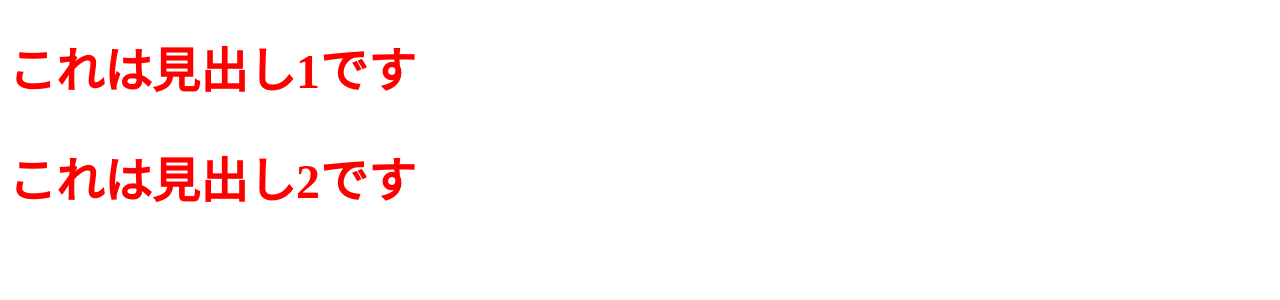
Repository: KustomApe/BlackRabbitTV
Page: 001_HTML/index.html
The author's editor kept a copy of each file at every save. The page is drawn from the files as they stood at one save, then again after the next save.
The browser window is 1280 px wide. The pictures show the whole page.

Above is the page before, as saved 2023-11-13 12:09:30.

### 001_HTML/index.html
<!DOCTYPE html>
<!-- Docutment TypeはHTMLです -->
<html lang="ja">
<!-- このHTMLファイルで主に使う言語はJapaneseです -->
<head><!-- 開始タグ -->
    <!-- インデント -->
    <meta charset="UTF-8">
    <meta name="viewport" content="width=device-width, initial-scale=1.0">
    <title>BlackRabbitTV</title>
    <link rel="stylesheet" href="./style.css">
    <style>
        body {
            font-size: 1.5rem;
        }
    </style>
</head><!-- 終了タグ -->
<body>
    <!-- HTML5 -->
    <!-- 見出し = Heading1, Heading2, Heading3 -->
    <h1>これは見出し1です</h1>
    <h2>これは見出し2です</h2>
</body>
</html>

### 001_HTML/style.css
@charset "utf-8";

h1 {
    font-size: 3rem;
    color: red;
}

h2 {
    font-size: 3rem;
    color: red;
}

After the next save:
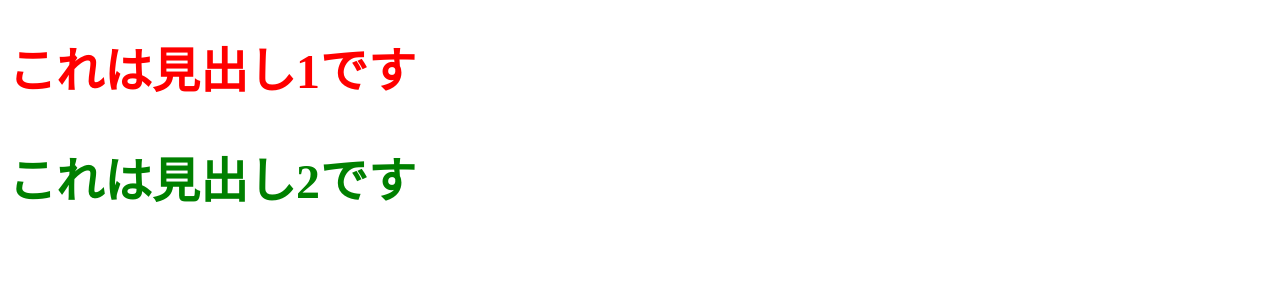
Saved 11 s later.
--- a/001_HTML/style.css
+++ b/001_HTML/style.css
@@ -7,5 +7,5 @@ h1 {
 
 h2 {
     font-size: 3rem;
-    color: red;
+    color: green;
 }
